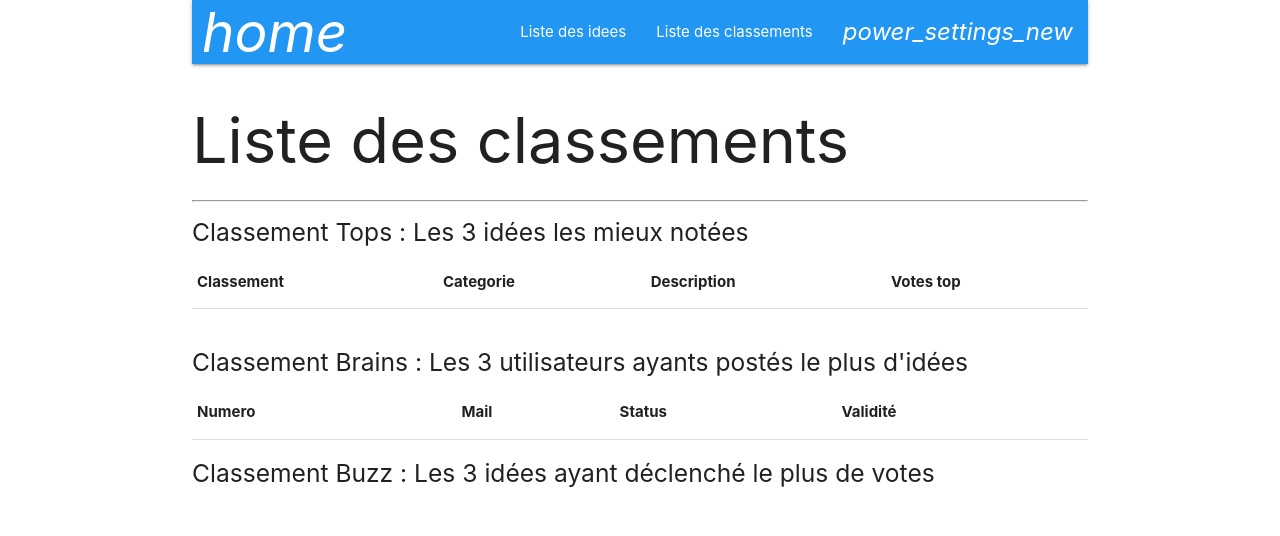
Repository: thdal/Atelier_JEE_16_02
Page: http://localhost/Atelier_JEE_16_02/WEB-INF/pages/classement/ListClassement.jsp
The author's editor kept a copy of each file at every save. The page is drawn from the files as they stood at one save, then again after the next save.
The browser window is 1280 px wide. The pictures show the whole page.
The page is served by Tomcat 9. Nobody is signed in. The template is opened directly, without the code that normally fills it, so the values that code supplies are empty.

Above is the page before, as saved 2021-02-27 02:22:41.

After the next save:
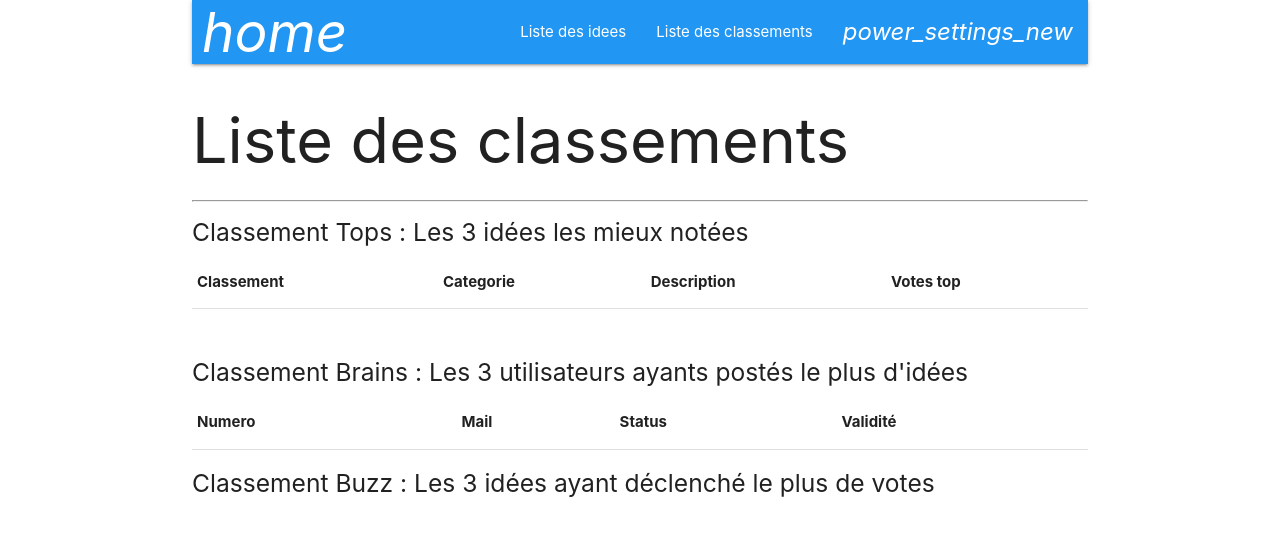
Saved 5 s later.
--- a/Atelier_JEE_16_02/src/main/webapp/WEB-INF/pages/classement/ListClassement.jsp
+++ b/Atelier_JEE_16_02/src/main/webapp/WEB-INF/pages/classement/ListClassement.jsp
@@ -14,7 +14,7 @@
 
 <h5>Classement Tops : Les 3 idées les mieux notées</h5>
 
-<table style="margin-bottom:40px;" class="left">
+<table style="margin-bottom:50px;" class="left">
    <thead>
        <tr>
            <th>Classement</th>
